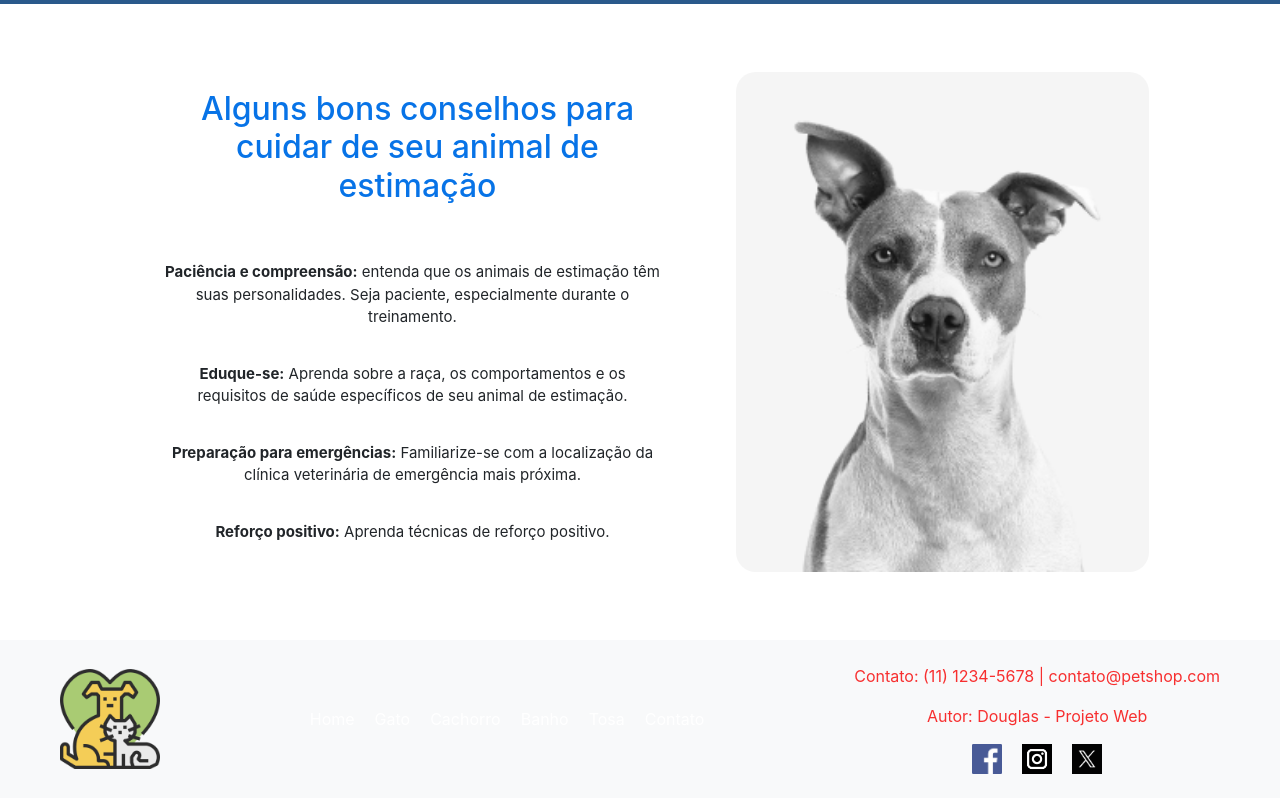
Repository: graeff01/petshop-project
Page: index.html
An editor plug-in stored every save of this project. The page is shown before and after the next save, followed by the edit.
The browser window is 1280 px wide. The pictures show the part of the page from y = 870 to 1668 px (the page is 1668 px tall).
A picture or video elsewhere on the page could not be fetched, so the positions and the page height are approximate.

Above is the page before, as saved 2024-09-18 11:38:26.

After the next save:
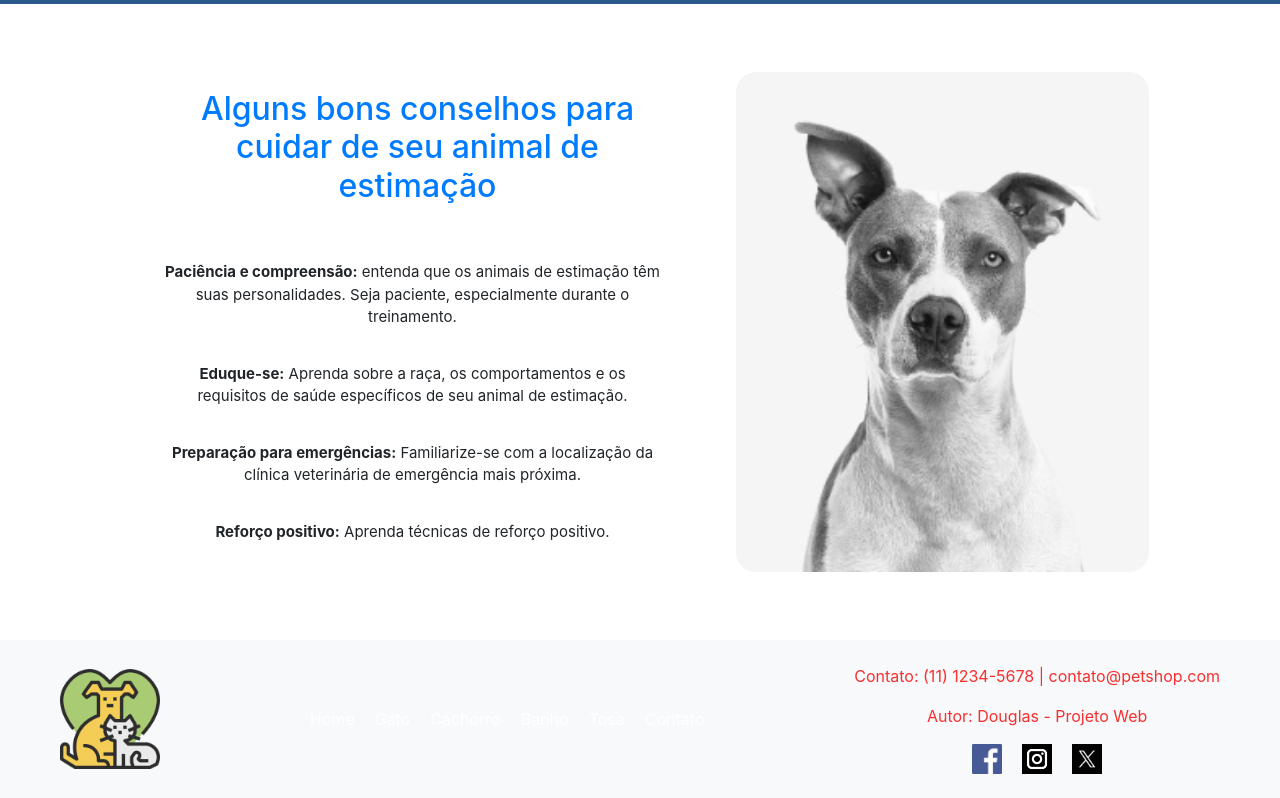
Saved 5 s later.
--- a/css/style.css
+++ b/css/style.css
@@ -132,7 +132,7 @@ section.membership {
 }
 
 .advice-text h2 {
-    color: #0773e7;
+    color: #007bff;
 }
 
 .advice-text p {
